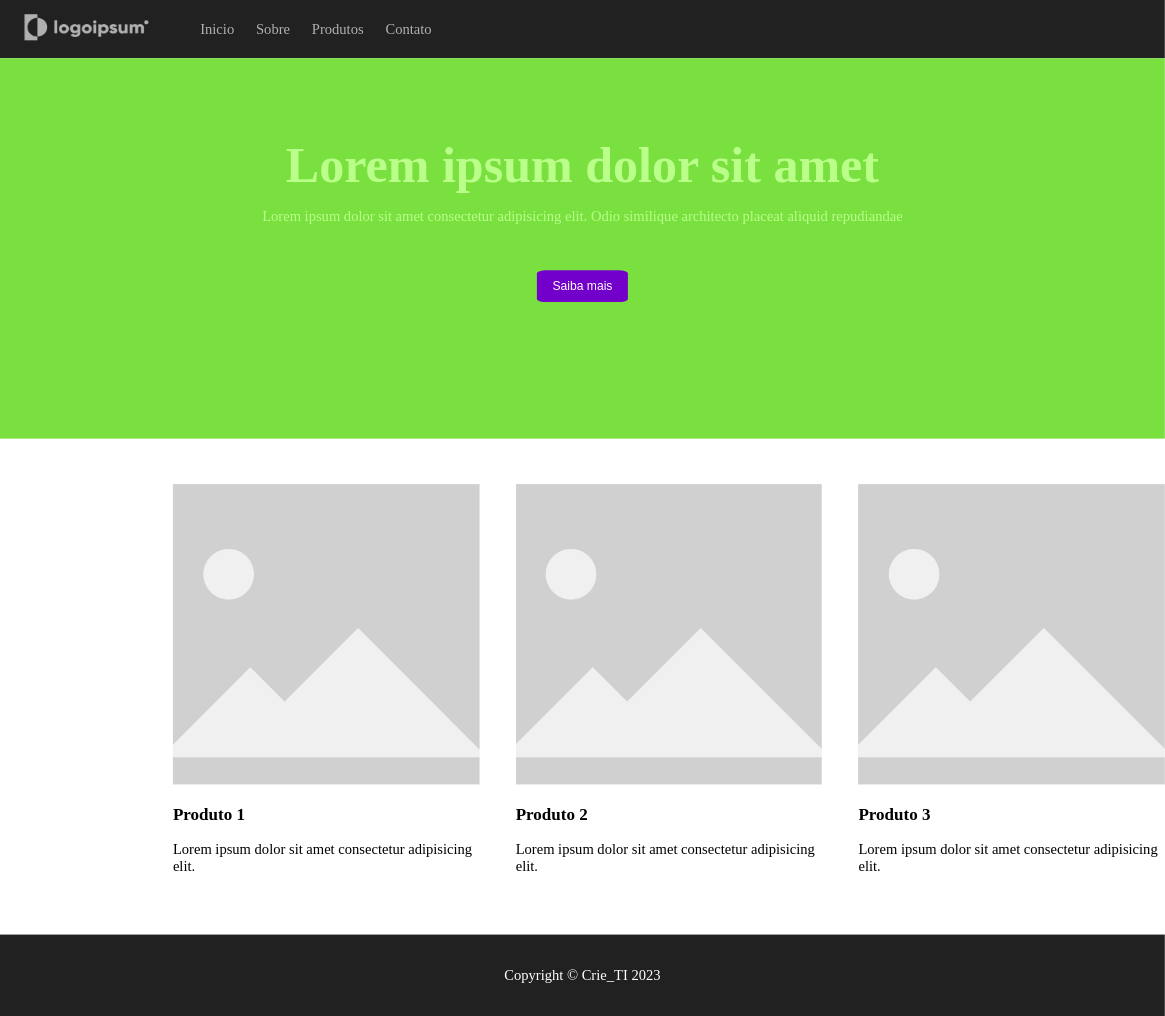
Repository: Carolden/SiteCrie_Ti
Page: index.html
The author's editor kept a copy of each file at every save. The page is drawn from the files as they stood at one save, then again after the next save.
The browser window is 1280 px wide. The pictures show the whole page, at 91% of full size.

Above is the page before, as saved 2023-04-23 21:18:09.

After the next save:
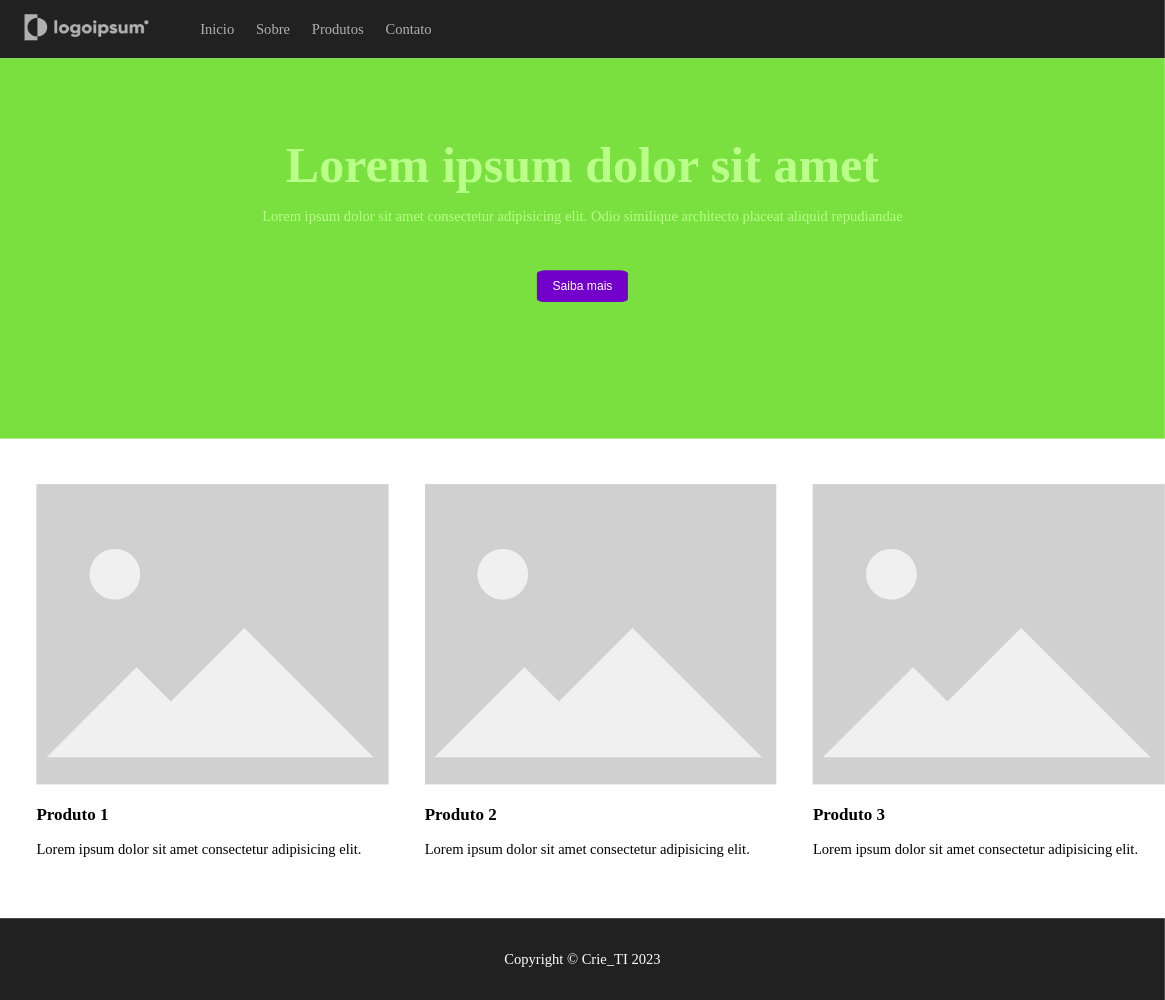
Saved 10 s later.
--- a/index.css
+++ b/index.css
@@ -70,7 +70,7 @@ button {
 
 .row {
     display: flex;
-    margin-left: 150px;
+    /* margin-left: 150px; */
 
 }
 
